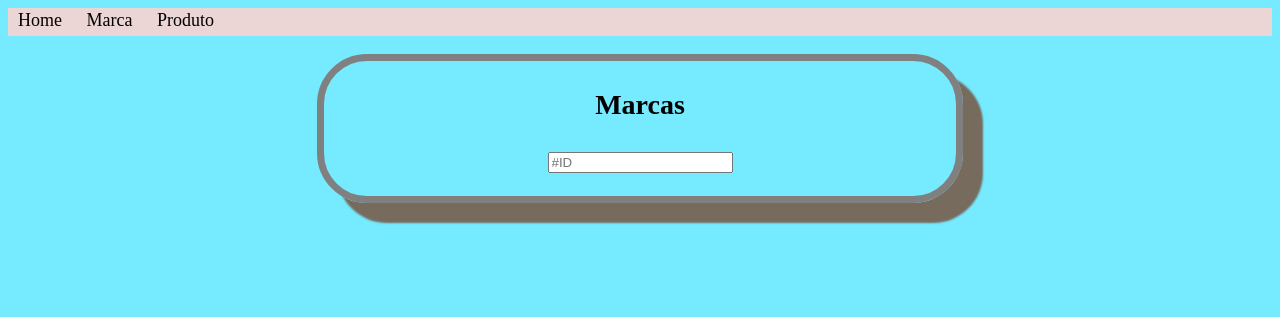
Repository: ThaisScheiner/TarefaLabBD_Programacao_SQL_Java_Maven
Page: http://localhost/CrudServletsComMaven/marca.jsp
An editor plug-in stored every save of this project. The page is shown before and after the next save, followed by the edit.
The browser window is 1280 px wide. The pictures show the whole page.
The page is served by Tomcat 9.

Above is the page before, as saved 2022-09-04 21:19:17.

After the next save:
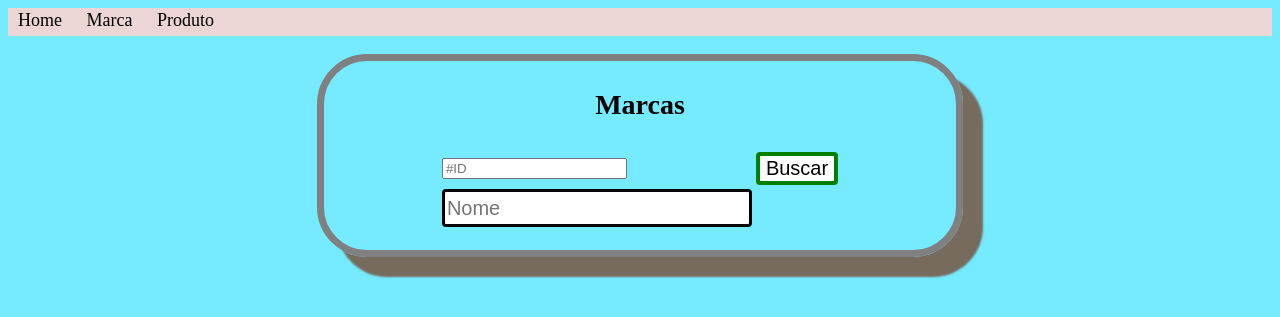
Saved 6 min 23 s later.
--- a/CrudServletsComMaven/src/main/webapp/marca.jsp
+++ b/CrudServletsComMaven/src/main/webapp/marca.jsp
@@ -26,6 +26,15 @@
 						<input class="id_input_data" type="number" min="0"
 							step="1" id="id" name="id" placeholder="#ID">
 					</td>
+
+					<td>
+						<input type="submit" id="botao" name="botao" value="Buscar">
+					</td>
+				</tr>
+				<tr>
+					<td>
+						<input class="input_data" type="text" id="nome" name="nome" placeholder="Nome">
+					</td>
 				</tr>
 			</table>
 		</form>
